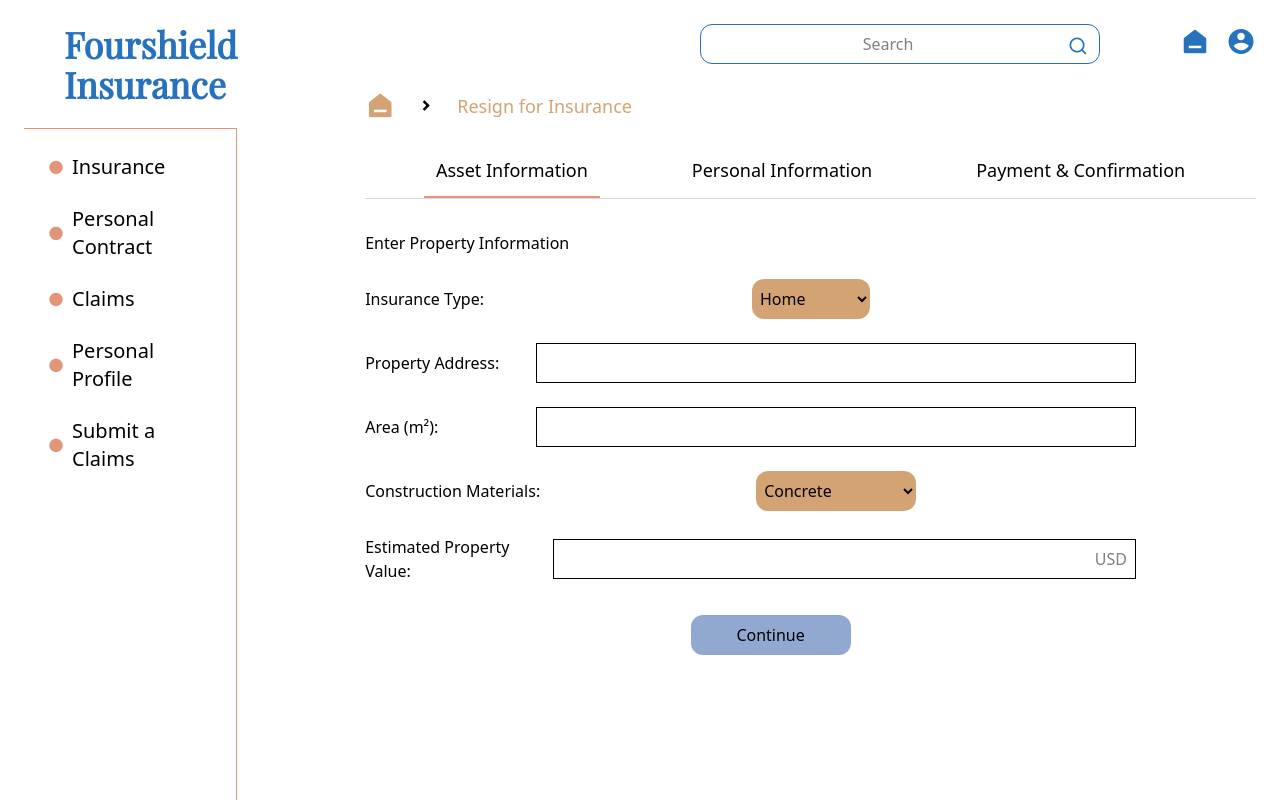
Repository: MockProject9920/MockProject_022025_Nhom4
Page: / (app in frontend/)
These files come from the project's save history. The page is drawn as it stood at one moment and after the next save; the edit follows.
The browser window is 1280 px wide. The pictures show the whole page.
The project was rebuilt for these pictures with package versions that can differ from the ones it lists, and the page was loaded fresh each time. Also part of the build but not shown: frontend/vite.config.js, frontend/src/pages/Login.jsx.

Above is the page before, as saved 2025-03-05 17:18:21.

After the next save:
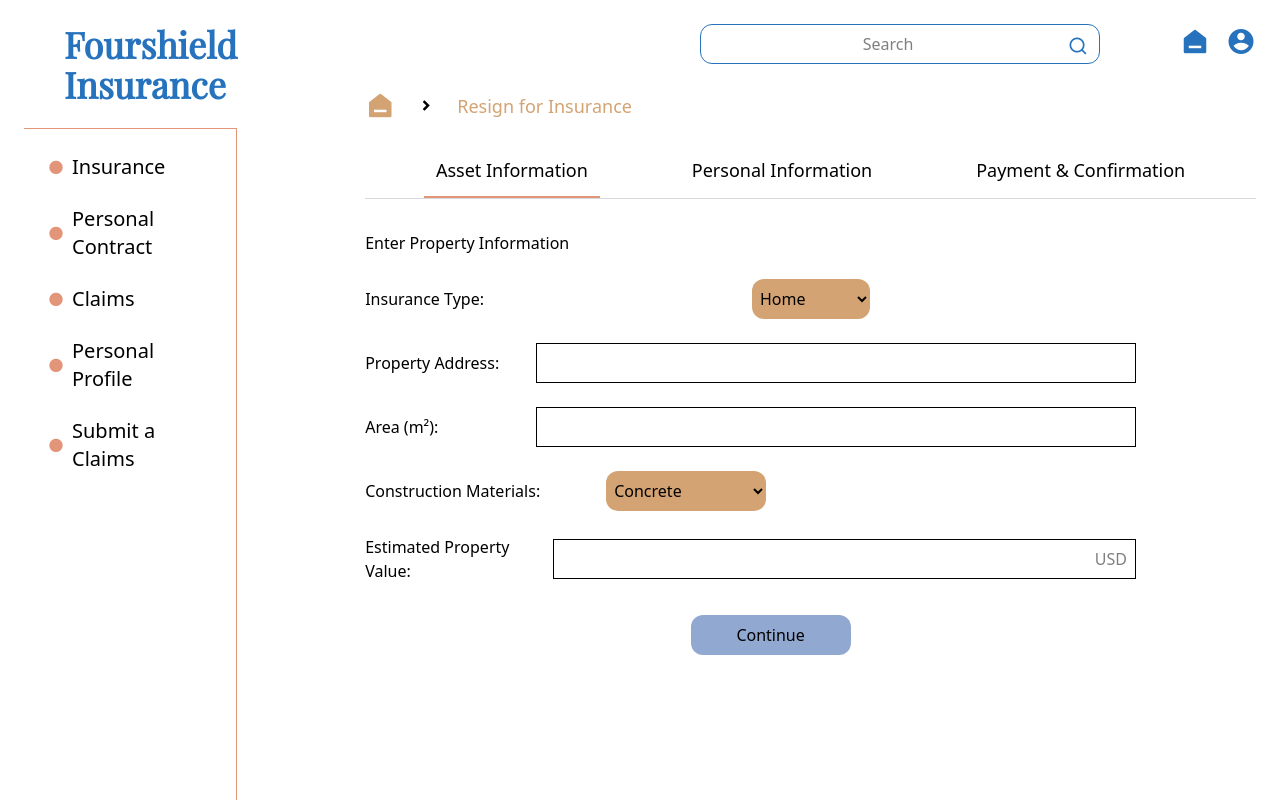
Saved 66 s later.
--- a/frontend/src/pages/AssetInformation.jsx
+++ b/frontend/src/pages/AssetInformation.jsx
@@ -99,7 +99,10 @@ function AssetInformation() {
           </div>
           <div className="flex flex-col md:flex-row md:items-center md:space-x-4">
             <p className="font-medium">Construction Materials:</p>
-            <select className="h-10 p-1 ml-50  rounded-xl bg-[#D4A373] w-full md:w-40 ">
+            <select
+              className="h-10 p-1  md:ml-0 rounded-xl bg-[#D4A373] w-full md:w-40 "
+              style={{ marginLeft: 50 }}
+            >
               {["Concrete", "Brick", "Wood", "Other"].map((material) => (
                 <option className="bg-white" key={material} value={material}>
                   {material}
